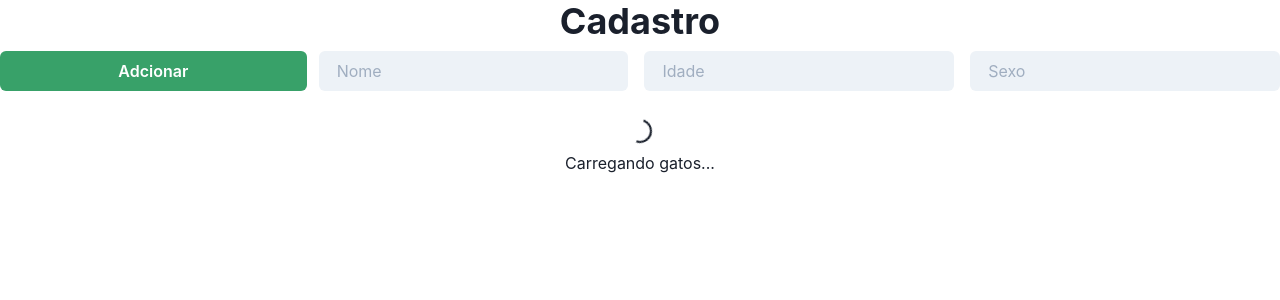
Repository: thislucasme/front-end-cats-react.js
Page: /cadastro
An editor plug-in stored every save of this project. The page is shown before and after the next save, followed by the edit.
The browser window is 1280 px wide. The pictures show the whole page.
The page's requests for data from a server got no answer. The project was rebuilt for these pictures with package versions that can differ from the ones it lists, and the page was loaded fresh each time. No one was signed in, and anything a server would have sent is missing.

Above is the page before, as saved 2021-10-27 15:33:58.

After the next save:
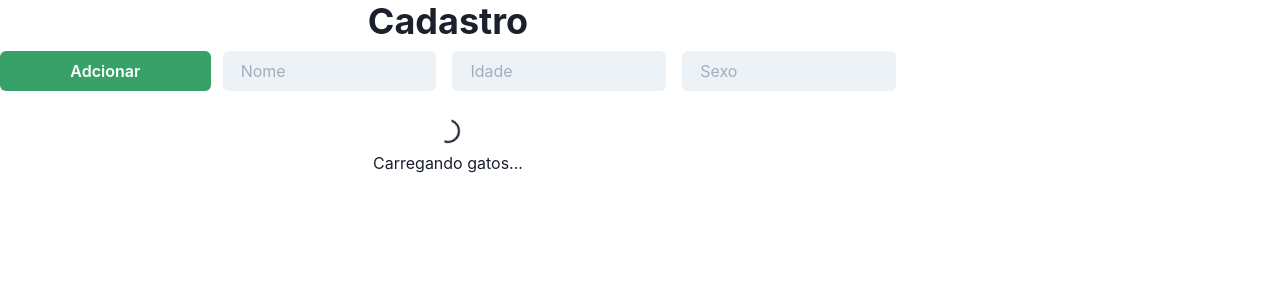
Saved 5 s later.
--- a/src/pages/cadastro.gatos.tsx
+++ b/src/pages/cadastro.gatos.tsx
@@ -39,7 +39,7 @@
 	}
 
 	return (
-		<VStack >
+		<VStack w={"70%"}>
 			<Heading>Cadastro</Heading>
 			<Flex w="full" mt={5}>
 				<Button mr={3} w="full" colorScheme="green" onClick={() => { salvar() }}>Adcionar</Button>

After the 3 saves that followed:
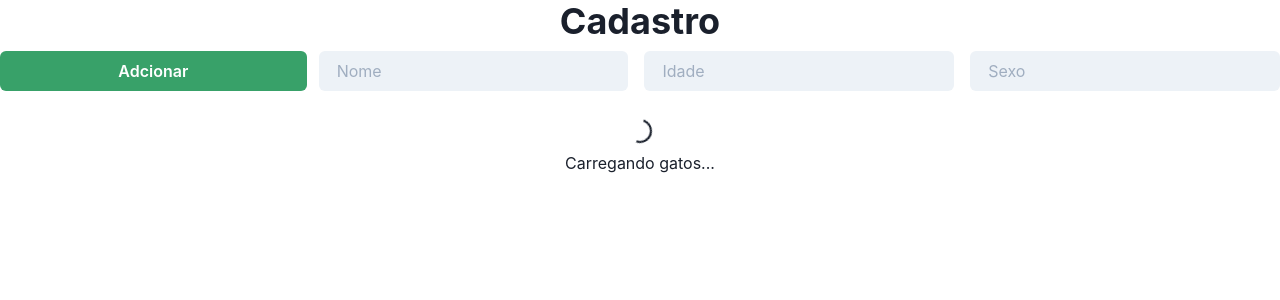
The 3 saves are shown as one change because 2 left the picture as it was.
The last was saved 57 s later.
--- a/src/pages/cadastro.gatos.tsx
+++ b/src/pages/cadastro.gatos.tsx
@@ -39,7 +39,7 @@
 	}
 
 	return (
-		<VStack w={"70%"}>
+		<VStack >
 			<Heading>Cadastro</Heading>
 			<Flex w="full" mt={5}>
 				<Button mr={3} w="full" colorScheme="green" onClick={() => { salvar() }}>Adcionar</Button>
